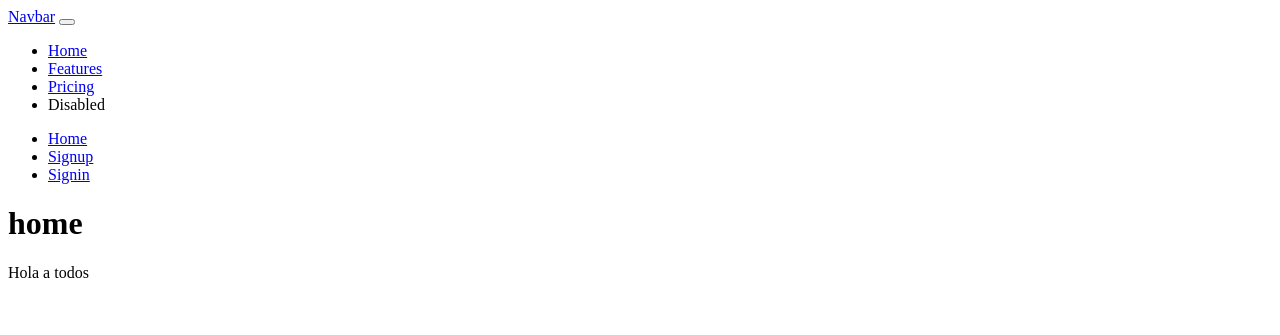
Repository: dbettancourt/django-auth-crud
Page: http://localhost/
The author's editor kept a copy of each file at every save. The page is drawn from the files as they stood at one save, then again after the next save.
The browser window is 1280 px wide. The pictures show the whole page.
The page is served by the project's application, run on Django 4.2 (manage.py). Other server files are loaded and not shown.

Above is the page before, as saved 2023-06-06 10:08:55.

### tasks/templates/home.html
{% extends 'base.html' %}

{% block content %}
<h1>home</h1>
<p>Hola a todos</p>
{% endblock %}

### tasks/templates/base.html
<!DOCTYPE html>
<!--[if lt IE 7]>      <html class="no-js lt-ie9 lt-ie8 lt-ie7"> <![endif]-->
<!--[if IE 7]>         <html class="no-js lt-ie9 lt-ie8"> <![endif]-->
<!--[if IE 8]>         <html class="no-js lt-ie9"> <![endif]-->
<!--[if gt IE 8]>      <html class="no-js"> <!--<![endif]-->
<html>
    <head>
        <meta charset="utf-8">
        <meta http-equiv="X-UA-Compatible" content="IE=edge">
        <title>Pagina Base Django</title>
        <meta name="description" content="">
        <meta name="viewport" content="width=device-width, initial-scale=1">
        <link rel="stylesheet" href="">
        <link rel="https://cdn.jsdelivr.net/npm/bootstrap@5.3.0/dist/css/bootstrap.min.css">
        <script src="https://cdn.jsdelivr.net/npm/@popperjs/core@2.11.8/dist/umd/popper.min.js" integrity="sha384-I7E8VVD/ismYTF4hNIPjVp/Zjvgyol6VFvRkX/vR+Vc4jQkC+hVqc2pM8ODewa9r" crossorigin="anonymous"></script>
<script src="https://cdn.jsdelivr.net/npm/bootstrap@5.3.0/dist/js/bootstrap.min.js" integrity="sha384-fbbOQedDUMZZ5KreZpsbe1LCZPVmfTnH7ois6mU1QK+m14rQ1l2bGBq41eYeM/fS" crossorigin="anonymous"></script>
    </head>
    <body>
        <!--[if lt IE 7]>
            <p class="browsehappy">You are using an <strong>outdated</strong> browser. Please <a href="#">upgrade your browser</a> to improve your experience.</p>
        <![endif]-->
        <nav class="navbar navbar-expand-lg bg-dark navbar-dark">
            <div class="container-fluid">
              <a class="navbar-brand" href="#">Navbar</a>
              <button class="navbar-toggler" type="button" data-bs-toggle="collapse" data-bs-target="#navbarNav" aria-controls="navbarNav" aria-expanded="false" aria-label="Toggle navigation">
                <span class="navbar-toggler-icon"></span>
              </button>
              <div class="collapse navbar-collapse" id="navbarNav">
                <ul class="navbar-nav">
                  <li class="nav-item">
                    <a class="nav-link active" aria-current="page" href="#">Home</a>
                  </li>
                  <li class="nav-item">
                    <a class="nav-link" href="#">Features</a>
                  </li>
                  <li class="nav-item">
                    <a class="nav-link" href="#">Pricing</a>
                  </li>
                  <li class="nav-item">
                    <a class="nav-link disabled">Disabled</a>
                  </li>
                </ul>
              </div>
            </div>
          </nav>

        <script src="" async defer></script>

        <nav>
            <ul>
                <li>
                    <a href="/">Home</a>
                </li>
                {% if user.is_authenticated %}
                <li>
                    <a href="/tasks">Tasks Pending</a>
                </li>
                <li>
                    <a href="/tasks_completed">Tasks Completed</a>
                </li>
                <li>
                    <a href="/tasks/create">Create task</a>
                </li>

                <li>
                    <a href="/logout">Logout</a>
                </li>
                {% else %}
                <li>
                    <a href="/signup">Signup</a>
                </li>
                <li>
                    <a href="/signin">Signin</a>
                </li>
                {% endif %}
            </ul>
        </nav>


        {% block content %}
        {% endblock %}

    </body>
</html>

### tasks/views.py
from django.shortcuts import render, redirect, get_object_or_404
from django.contrib.auth.forms import UserCreationForm, AuthenticationForm
from django.contrib.auth.models import User
from django.contrib.auth import login, logout, authenticate
from django.db import IntegrityError
from .forms import TaskForm
from .models import Task
from django.utils import timezone
from django.contrib.auth.decorators import login_required



# Create your views here.
def home(request):
    return render(request, 'home.html')

def signup(request):

    if request.method == 'GET':
         return render(request, 'signup.html',{
        'form': UserCreationForm
    })

    else:
        if request.POST['password1'] == request.POST['password2']:
            try:
                user = User.objects.create_user(username=request.POST['username'], password=request.POST['password1'])
                user.save()
                login(request, user)
                return redirect ('tasks')
            except IntegrityError:
                return render(request, 'signup.html',{
                    'form': UserCreationForm,
                    'error': 'El usuario ya existe'
                    })
        return render(request, 'signup.html', {
            'form': UserCreationForm,
            'error': 'Las contraseñas no coinciden'
            })

@login_required
def tasks(request):
    tasks = Task.objects.filter(user=request.user, datecompleted__isnull=True)
    return render(request, 'tasks.html', {'tasks': tasks})

@login_required
def tasks_completed(request):
    tasks = Task.objects.filter(user=request.user, datecompleted__isnull=False).order_by ('-datecompleted')
    return render(request, 'tasks.html', {'tasks': tasks})

@login_required
def create_task(request):

    if request.method == 'GET':
        return render(request, 'create_task.html', {
            'form': TaskForm
        })
    else:
        try:
            form = TaskForm(request.POST)
            new_task = form.save(commit=False)
            new_task.user = request.user
            new_task.save()
            return redirect('tasks')
        except ValueError:
            return render(request, 'create_task.html', {
                'form': TaskForm,
                'error': 'Por favor ingresar datos validos'
             })

@login_required
def task_detail(request, task_id):
    if request.method == 'GET':
        task = get_object_or_404(Task, pk=task_id, user=request.user)
        form = TaskForm(instance=task)
        return render(request, 'task_detail.html', {'task': task, 'form': form})
    else:
        try:
            task = get_object_or_404(Task, pk=task_id, user=request.user)
            form = TaskForm(request.POST, instance=task)
            form.save()
            return redirect('tasks')
        except ValueError:
            return render(request, 'task_detail.html', {'task': task, 'form': form, 'error': "Error al actualizar"})

@login_required
def complete_task(request, task_id):
    task = get_object_or_404(Task, pk=task_id, user=request.user)
    if request.method == 'POST':
        task.datecompleted = timezone.now()
        task.save()
        return redirect('tasks')

@login_required
def delete_task(request, task_id):
    task = get_object_or_404(Task, pk=task_id, user=request.user)
    if request.method == 'POST':
        task.datecompleted = timezone.now()
        task.delete()
        return redirect('tasks')

@login_required
def signout(request):
    logout(request)
    return redirect('home')

def signin(request):
    if request.method=='GET':
        return render(request, 'signin.html', {
            'form': AuthenticationForm
        })
    else:
        user = authenticate(
            request, username=request.POST['username'], password=request.POST['password'])

        if user is None:
            return render(request, 'signin.html', {
                'form': AuthenticationForm,
                'error': 'Usuario o password es incorrecta'
            })
        else:
            login(request, user)
            return redirect('tasks')

### djangocrud/urls.py
"""
URL configuration for djangocrud project.

The `urlpatterns` list routes URLs to views. For more information please see:
    https://docs.djangoproject.com/en/4.2/topics/http/urls/
Examples:
Function views
    1. Add an import:  from my_app import views
    2. Add a URL to urlpatterns:  path('', views.home, name='home')
Class-based views
    1. Add an import:  from other_app.views import Home
    2. Add a URL to urlpatterns:  path('', Home.as_view(), name='home')
Including another URLconf
    1. Import the include() function: from django.urls import include, path
    2. Add a URL to urlpatterns:  path('blog/', include('blog.urls'))
"""
from django.contrib import admin
from django.urls import path
from tasks import views

urlpatterns = [
    path('admin/', admin.site.urls),
    path('', views.home, name='home'),
    path('signup/', views.signup, name='signup'),
    path('tasks/', views.tasks, name='tasks'),
    path('tasks_completed/', views.tasks_completed, name='_completed'),
    path('tasks/create/', views.create_task, name='create_tasks'),
    path('tasks/<int:task_id>/', views.task_detail, name='task_detail'),
    path('tasks/<int:task_id>/complete', views.complete_task, name='complete_task'),
    path('tasks/<int:task_id>/delete', views.delete_task, name='delete_task'),
    path('logout/', views.signout, name='logout'),
    path('signin/', views.signin, name='signin')
]

After the next save:
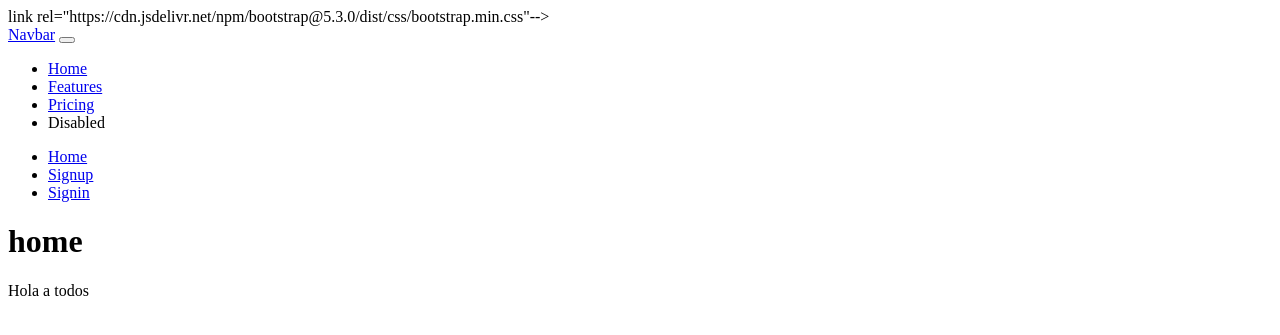
Saved 28 s later.
--- a/tasks/templates/base.html
+++ b/tasks/templates/base.html
@@ -11,9 +11,9 @@
         <meta name="description" content="">
         <meta name="viewport" content="width=device-width, initial-scale=1">
         <link rel="stylesheet" href="">
-        <link rel="https://cdn.jsdelivr.net/npm/bootstrap@5.3.0/dist/css/bootstrap.min.css">
+        <!---->link rel="https://cdn.jsdelivr.net/npm/bootstrap@5.3.0/dist/css/bootstrap.min.css"-->
         <script src="https://cdn.jsdelivr.net/npm/@popperjs/core@2.11.8/dist/umd/popper.min.js" integrity="sha384-I7E8VVD/ismYTF4hNIPjVp/Zjvgyol6VFvRkX/vR+Vc4jQkC+hVqc2pM8ODewa9r" crossorigin="anonymous"></script>
-<script src="https://cdn.jsdelivr.net/npm/bootstrap@5.3.0/dist/js/bootstrap.min.js" integrity="sha384-fbbOQedDUMZZ5KreZpsbe1LCZPVmfTnH7ois6mU1QK+m14rQ1l2bGBq41eYeM/fS" crossorigin="anonymous"></script>
+        <script src="https://cdn.jsdelivr.net/npm/bootstrap@5.3.0/dist/js/bootstrap.min.js" integrity="sha384-fbbOQedDUMZZ5KreZpsbe1LCZPVmfTnH7ois6mU1QK+m14rQ1l2bGBq41eYeM/fS" crossorigin="anonymous"></script>
     </head>
     <body>
         <!--[if lt IE 7]>

After the save that followed:
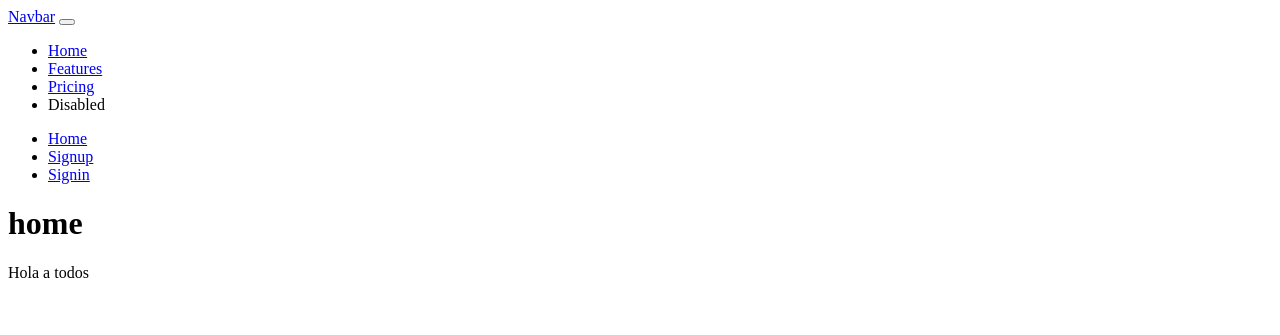
Saved 13 s later.
--- a/tasks/templates/base.html
+++ b/tasks/templates/base.html
@@ -11,7 +11,7 @@
         <meta name="description" content="">
         <meta name="viewport" content="width=device-width, initial-scale=1">
         <link rel="stylesheet" href="">
-        <!---->link rel="https://cdn.jsdelivr.net/npm/bootstrap@5.3.0/dist/css/bootstrap.min.css"-->
+        <!--link rel="https://cdn.jsdelivr.net/npm/bootstrap@5.3.0/dist/css/bootstrap.min.css"-->
         <script src="https://cdn.jsdelivr.net/npm/@popperjs/core@2.11.8/dist/umd/popper.min.js" integrity="sha384-I7E8VVD/ismYTF4hNIPjVp/Zjvgyol6VFvRkX/vR+Vc4jQkC+hVqc2pM8ODewa9r" crossorigin="anonymous"></script>
         <script src="https://cdn.jsdelivr.net/npm/bootstrap@5.3.0/dist/js/bootstrap.min.js" integrity="sha384-fbbOQedDUMZZ5KreZpsbe1LCZPVmfTnH7ois6mU1QK+m14rQ1l2bGBq41eYeM/fS" crossorigin="anonymous"></script>
     </head>
